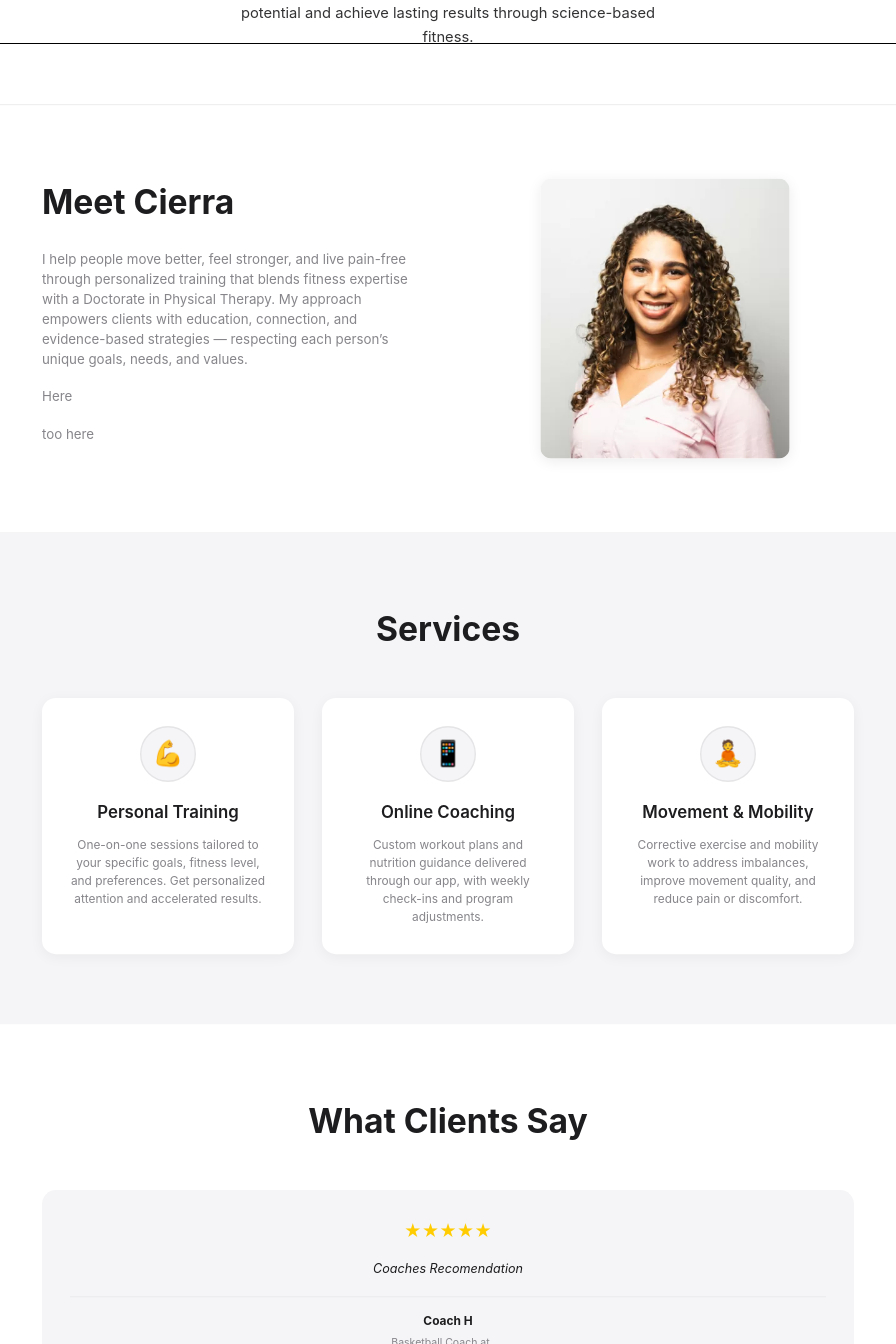
Repository: Hinuix/Ear-Website
Page: index.html
These files come from the project's save history. The page is drawn as it stood at one moment and after the next save; the edit follows.
The browser window is 1280 px wide. The pictures show the part of the page from y = 303 to 2223 px (the page is 4000 px tall before and 3990 px after), at 70% of full size.

Above is the page before, as saved 2025-08-10 12:49:33.
Console error: TypeError: Cannot read properties of null (reading 'appendChild')

After the next save:
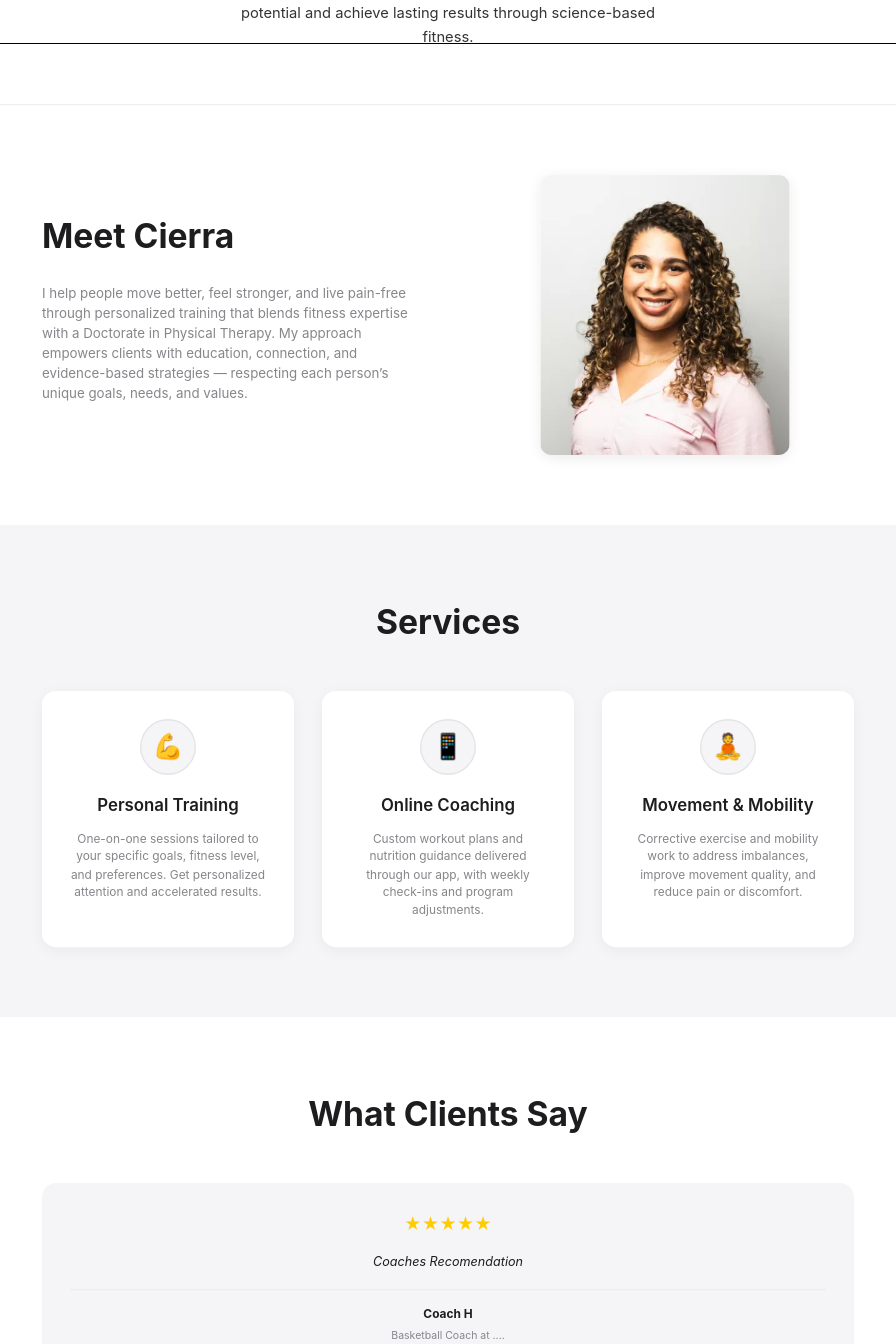
Saved 6 s later.
--- a/index.html
+++ b/index.html
@@ -498,8 +498,6 @@
                 <div class="about-text fade-in">
                     <h2>Meet Cierra</h2>
                     <p>I help people move better, feel stronger, and live pain-free through personalized training that blends fitness expertise with a Doctorate in Physical Therapy. My approach empowers clients with education, connection, and evidence-based strategies — respecting each person’s unique goals, needs, and values.</p>
-                    <p>Here</p>
-                    <p>too here</p>
                 </div>
                 <div class="about-image">
                         <img src="cierra.jpeg" alt="Cierra - Trainer" style="max-width:100%;max-height:100%;border-radius:16px;object-fit:cover;box-shadow:0 4px 20px rgba(0,0,0,0.08);">
